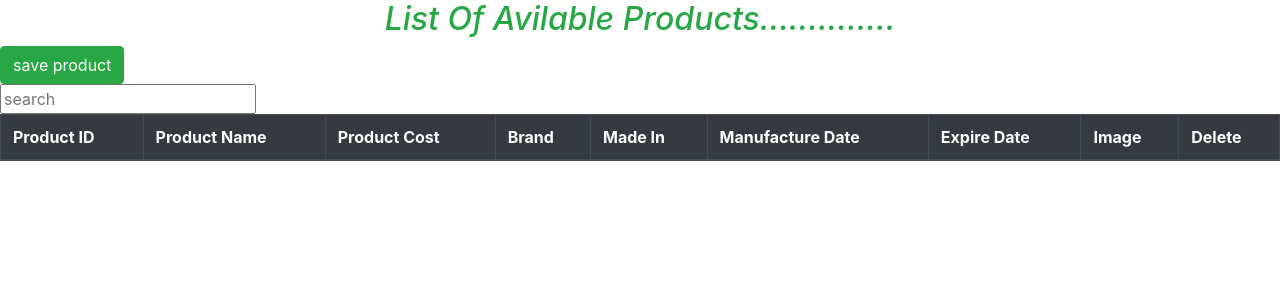
Repository: kamisettiprasanna/AdvJavaPrograms
Page: http://localhost/ProductManagementApp/productList.jsp
An editor plug-in stored every save of this project. The page is shown before and after the next save, followed by the edit.
The browser window is 1280 px wide. The pictures show the whole page.
The page is served by Tomcat 9. Other server files are loaded and not shown. Queries for data that is not in the repository find no rows.

Above is the page before, as saved 2024-03-06 12:15:11.

### ProductManagementApp/src/main/webapp/productList.jsp
<%@page import="com.sathya.servlet.*" import="java.util.Base64"%>
<%@ page language="java" contentType="text/html"%>
<%@taglib uri="http://java.sun.com/jsp/jstl/core" prefix="c" %>


<html>
<head>

<title>Product List</title>
<!-- BootStract CDN link to Get the Support of BootStrap-->

<link rel="stylesheet" href="https://stackpath.bootstrapcdn.com/bootstrap/4.5.2/css/bootstrap.min.css">

</head>
<body>
<div>
        <h2 class="text-center text-success font-italic ">List Of Avilable Products.............. </h2>
    </div>

   <div>
 <input type="submit" class="btn btn-success" value="save product"/>
 </div>

<div>
<input type="text" placeholder="search">
</div>
<div>
<c:if test="${saveResult==1}">
<h1 class="text-danger text-center">Data inserted successfully.........</h1>
</c:if>
</div>
          <div>
              <c:if test="${deleteResult==1}">
              <h1 class="text-danger text-center">Data deleted.......</h1>
              </c:if>
              </div>
              <div>
              <c:if test="${deleteResult==0}">
              <h1 class="text-danger text-center">Data deletion Fail.......</h1>
              </c:if>
              </div>


<table class="table table-bordered table-striped">

<thead class="thead-dark">
	<tr>

		<th>Product ID</th>
		<th>Product Name</th>
		<th>Product Cost</th>
		<th>Brand</th>
		<th>Made In</th>
		<th>Manufacture Date</th>
		<th>Expire Date</th>
		<th>Image</th>
		<th>Delete</th>

	</tr>
</thead>

<tbody>
	<c:forEach var="product" items="<%=new ProductDao().findAll()%>">

		<tr>
			<td>${product.proId}</td>
			<td>${product.proName}</td>
			<td>${product.proPrice}</td>
			<td>${product.proBrand}</td>
			<td>${product.promadeIn}</td>
			<td>${product.promDate}</td>
			<td>${product.promeDate}</td>
			<td><img src="data:[embedded picture, 78 characters]" alt="ProductImage" style="max-width: 100px; max-height:100px;"></td>
			<td>
			 <a class="btn btn-primary" href="./DeleteProductServlet?proId=${product.proId}">Delete</a>

			 </td>

       </tr>


	</c:forEach>
</tbody>


</table>

</body>
</html>

### ProductManagementApp/src/main/java/com/sathya/servlet/ProductDao.java
package com.sathya.servlet;

	import java.sql.Connection;
	import java.sql.PreparedStatement;
import java.sql.ResultSet;
import java.sql.SQLException;
import java.sql.Statement;
import java.util.ArrayList;
import java.util.List;

	public class ProductDao {
		public int save(Product_data product) throws SQLException
		{
			Connection connection=null;
			PreparedStatement preparedStatement=null;
			int saveResult=0;
			try
			{
				connection=DBconnection.createConnection();
				preparedStatement=connection.prepareStatement("INSERT INTO Product_data VALUES(?,?,?,?,?,?,?,?)");

				preparedStatement.setInt(1, product.getProId());
				preparedStatement.setString(2, product.getProName());
				preparedStatement.setDouble(3, product.getProPrice());
				preparedStatement.setString(4, product.getProBrand());
				preparedStatement.setString(5, product.getPromadeIn());
				preparedStatement.setDate(6, product.getPromDate());
				preparedStatement.setDate(7, product.getPromeDate());
				preparedStatement.setBytes(8, product.getProImage());
				saveResult = preparedStatement.executeUpdate();
		    }
			catch(SQLException e)
			{
				e.printStackTrace();
			}
			finally
			{
				if(preparedStatement!=null)
	                  preparedStatement.close();
				if(connection!=null)
	                 connection.close();
			}
			return saveResult;
	  	}



		public List<Product_data> findAll() {


				List<Product_data> products=new ArrayList<Product_data>();
				try(Connection connection=DBconnection.createConnection();
						Statement statement=connection.createStatement()){
					//execute the query
					ResultSet resultset=statement.executeQuery("select * from Product_data");

					while(resultset.next())
					{
						Product_data product=new Product_data();

						product.setProId(resultset.getInt("proId"));
						product.setProName(resultset.getString("proName"));
						product.setProPrice(resultset.getDouble("proPrice"));
						product.setProBrand(resultset.getString("proBrand"));
						product.setPromadeIn(resultset.getString("promadeIn"));
						product.setPromDate(resultset.getDate("promDate"));
						product.setPromeDate(resultset.getDate("promeDate"));
						product.setProImage(resultset.getBytes("proImage"));

				        products.add(product);

				}

			}
				catch(SQLException e) {
					e.printStackTrace();
				}
			return products;
	 }

		public int deletebyId(int proId ) throws SQLException {
			{
				Connection connection=null;
				PreparedStatement preparedStatement=null;
				int res=0;
				try
				{
					connection=DBconnection.createConnection();
					preparedStatement=connection.prepareStatement("DELETE from Product_data where proId=?");

					preparedStatement.setInt(1,proId);

					res = preparedStatement.executeUpdate();
			    }
				catch(SQLException e)
				{
					e.printStackTrace();
				}
				finally
				{
					if(preparedStatement!=null)
		                  preparedStatement.close();
					if(connection!=null)
		                 connection.close();
				}
				return res;
		  	}




		}
	}

### ProductManagementApp/src/main/java/com/sathya/servlet/DBconnection.java
package com.sathya.servlet;

import java.sql.Connection;
import java.sql.DriverManager;
import java.sql.SQLException;

public class DBconnection {

	public static Connection createConnection() {
		// TODO Auto-generated method stub
		Connection connection1=null;
		try {
			Class.forName("oracle.jdbc.driver.OracleDriver");
			connection1=DriverManager.getConnection("jdbc:oracle:thin:@localhost:1521:xe","prasanna","prasanna");
		}
		catch(ClassNotFoundException | SQLException e) {
			e.printStackTrace();
		}
		return connection1;

	}

}

After the next save:
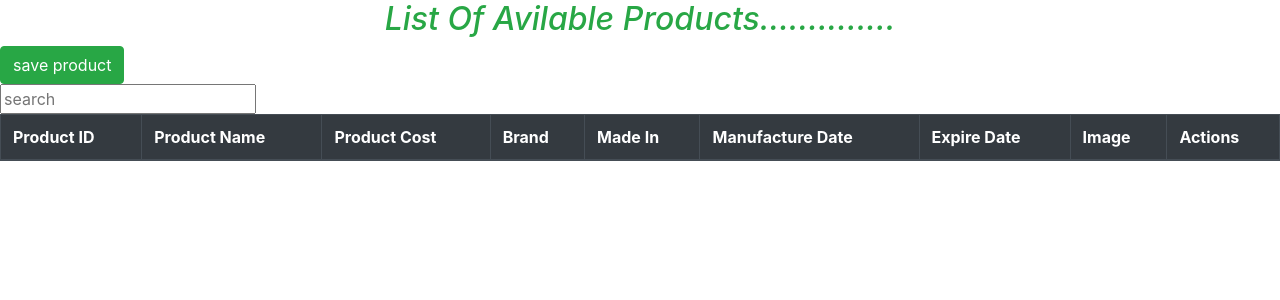
Saved 3 min 40 s later.
--- a/ProductManagementApp/src/main/webapp/productList.jsp
+++ b/ProductManagementApp/src/main/webapp/productList.jsp
@@ -33,8 +33,7 @@
               <c:if test="${deleteResult==1}">
               <h1 class="text-danger text-center">Data deleted.......</h1>
               </c:if>
-              </div>
-              <div>
+              </div><div>
               <c:if test="${deleteResult==0}">
               <h1 class="text-danger text-center">Data deletion Fail.......</h1>
               </c:if>
@@ -54,7 +53,7 @@
 		<th>Manufacture Date</th>
 		<th>Expire Date</th>
 		<th>Image</th>
-		<th>Delete</th>
+		<th>Actions</th>
 
 	</tr>
 </thead>
